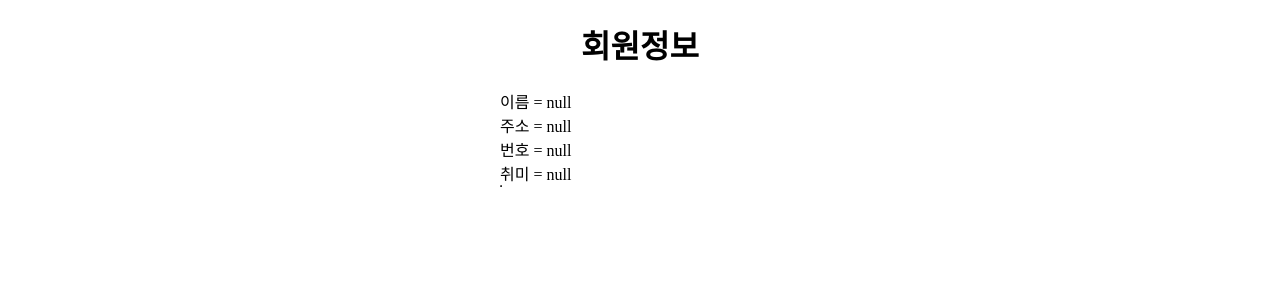
Repository: ssookkdduugg/jsp
Page: http://localhost/Hello/memResult.jsp
These files come from the project's save history. The page is drawn as it stood at one moment and after the next save; the edit follows.
The browser window is 1280 px wide. The pictures show the whole page.
The page is served by Tomcat 9.

Above is the page before, as saved 2023-09-19 05:34:17.

After the next save:
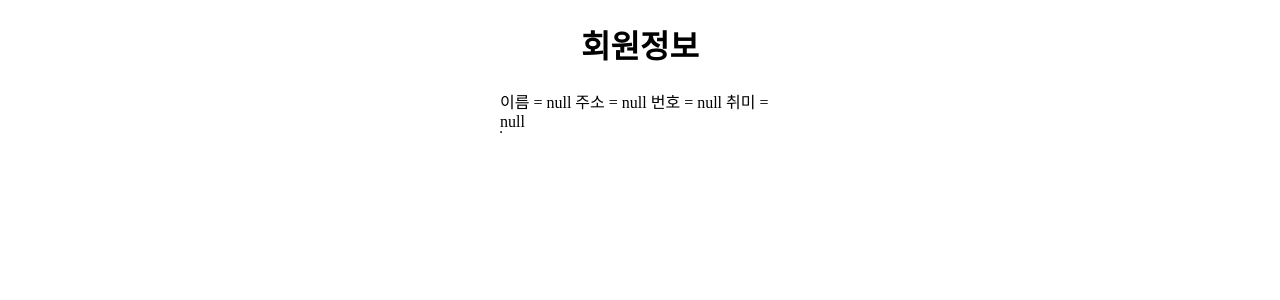
Saved 10 s later.
--- a/Hello/src/main/webapp/memResult.jsp
+++ b/Hello/src/main/webapp/memResult.jsp
@@ -20,10 +20,10 @@
 <div>
 <h1>회원정보</h1>
 <table border="1">
-이름 = <%=request.getParameter("name") %><br>
-주소 = <%=request.getParameter("addr") %><br>
-번호 = <%=request.getParameter("num") %><br>
-취미 = <%=request.getParameter("hobby") %><br>
+이름 = <%=request.getParameter("name") %>
+주소 = <%=request.getParameter("addr") %>
+번호 = <%=request.getParameter("num") %>
+취미 = <%=request.getParameter("hobby") %>
 </table>
 </div>
 </body>
